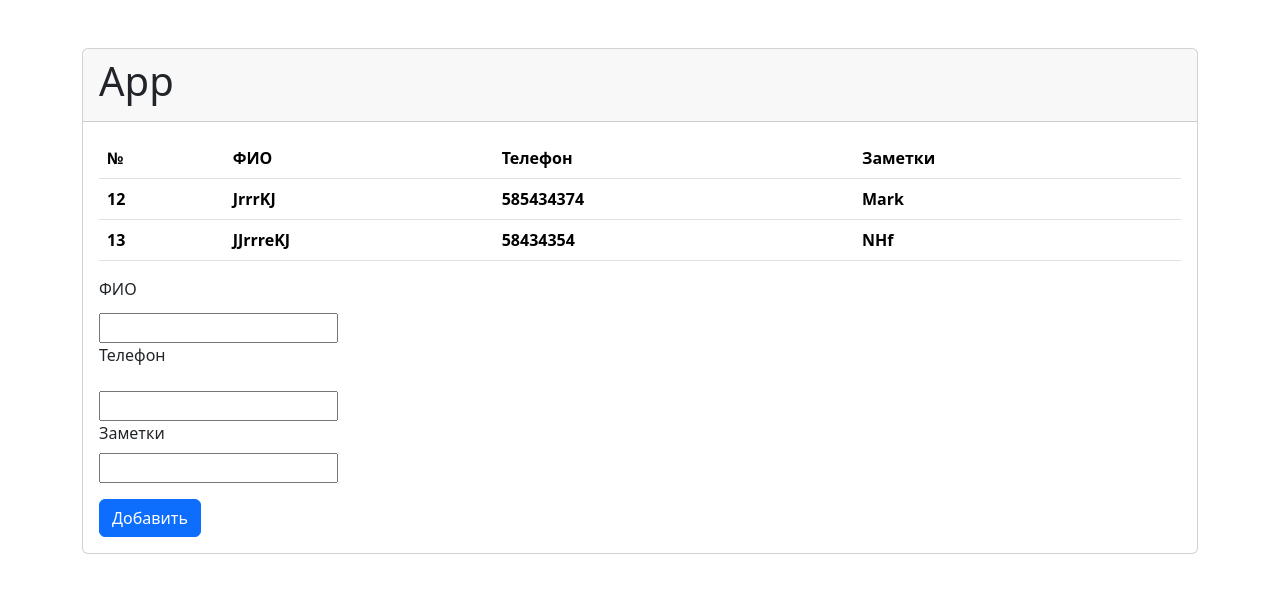
Repository: tatacheba/appstepikjavareact
Page: / (app in client/)
An editor plug-in stored every save of this project. The page is shown before and after the next save, followed by the edit.
The browser window is 1280 px wide. The pictures show the whole page.
The project was rebuilt for these pictures with package versions that can differ from the ones it lists, and the page was loaded fresh each time. Also part of the build but not shown: client/src/App.css.

Above is the page before, as saved 2024-11-27 14:38:43.

### client/public/index.html
<!DOCTYPE html>
<html lang="en">
    <head>
        <meta charset="utf-8" />
        <link rel="icon" href="%PUBLIC_URL%/favicon.ico" />
        <meta name="viewport" content="width=device-width, initial-scale=1" />
        <meta name="theme-color" content="#000000" />
        <meta
            name="description"
            content="Web site created using create-react-app"
        />
        <link rel="apple-touch-icon" href="%PUBLIC_URL%/logo192.png" />
        <link
            href="https://cdn.jsdelivr.net/npm/bootstrap@5.3.3/dist/css/bootstrap.min.css"
            rel="stylesheet"
            integrity="sha384-QWTKZyjpPEjISv5WaRU9OFeRpok6YctnYmDr5pNlyT2bRjXh0JMhjY6hW+ALEwIH"
            crossorigin="anonymous"
        />
        <!--
      manifest.json provides metadata used when your web app is installed on a
      user's mobile device or desktop. See https://developers.google.com/web/fundamentals/web-app-manifest/
    -->
        <link rel="manifest" href="%PUBLIC_URL%/manifest.json" />

        <title>App of Stepik</title>
    </head>
    <body>
        <div id="root"></div>
        <script
            src="https://cdn.jsdelivr.net/npm/bootstrap@5.3.3/dist/js/bootstrap.bundle.min.js"
            integrity="sha384-YvpcrYf0tY3lHB60NNkmXc5s9fDVZLESaAA55NDzOxhy9GkcIdslK1eN7N6jIeHz"
            crossorigin="anonymous"
        ></script>
    </body>
</html>

### client/src/index.js
import React from "react";
import ReactDOM from "react-dom/client";
import "./index.css";
import App from "./App";
import "bootstrap/dist/css/bootstrap.min.css";
import "bootstrap/dist/js/bootstrap.bundle.min.js";

const root = ReactDOM.createRoot(document.getElementById("root"));
root.render(
    <React.StrictMode>
        <App />
    </React.StrictMode>
);

### client/src/App.js
import "./App.css";
import TablewView from "./layouts/tableView/TablewView";
import { useState } from "react";
import FormNewItem from "./layouts/formNewItem/FormNewItem";

function App() {
    const [items, setItem] = useState([
        { id: 12, fullName: "JrrrKJ", phone: 585434374, notes: "Mark" },
        { id: 13, fullName: "JJrrreKJ", phone: 58434354, notes: "NHf" },
    ]);

    function appendContact() {
        const contact = {
            id: 15,
            fullName: "ннннн",
            phone: 585444,
            notes: "FFFF",
        };
        items[0].fullName = "Bpvtyt";
        setItem([...items, contact]);
        console.log(items);
    }

    return (
        <div className="container mt-5">
            <div className=" card">
                <div className="card-header">
                    <h1>App</h1>
                </div>
                <div className="card-body">
                    <TablewView data={items} />
                    <div>
                        <FormNewItem appendContact={appendContact} />
                    </div>
                </div>
            </div>
        </div>
    );
}

export default App;

### client/src/layouts/tableView/TablewView.js
import React from "react";
import TableRowItem from "./components/TableRowItem";

const TablewView = (props) => {
    return (
        <table className="table table-hover">
            <thead>
                <tr>
                    <th scope="col">№</th>
                    <th scope="col">ФИО</th>
                    <th scope="col">Телефон</th>
                    <th scope="col">Заметки</th>
                </tr>
            </thead>
            <tbody>
                {props.data.map((item) => (
                    <TableRowItem contact={item} />
                ))}
            </tbody>
        </table>
    );
};
export default TablewView;

### client/src/layouts/formNewItem/FormNewItem.js
import React from "react";

function FormNewItem(props) {
    return (
        <form action="">
            <label className="form-label">ФИО</label>
            <div className="mt-1">
                <input type="text" />
            </div>
            <label className="form-label">Телефон</label>
            <div className="mt-3">
                <input type="textarea" />
            </div>
            <label className="form-label">Заметки</label>
            <div className="mb-3">
                <input type="text" />
            </div>
            <button
                className="btn btn-primary"
                onClick={props.appendContact}
                type="button"
            >
                Добавить
            </button>
        </form>
    );
}

export default FormNewItem;

### client/src/layouts/tableView/components/TableRowItem.js
import React from "react";

const TableRowItem = (props) => {
    return (
        <tr>
            <th scope="row">{props.contact.id}</th>
            <th>{props.contact.fullName}</th>
            <th>{props.contact.phone}</th>
            <th>{props.contact.notes}</th>
        </tr>
    );
};

export default TableRowItem;

Loaded but not shown: client/src/index.css (common file)

After the next save:
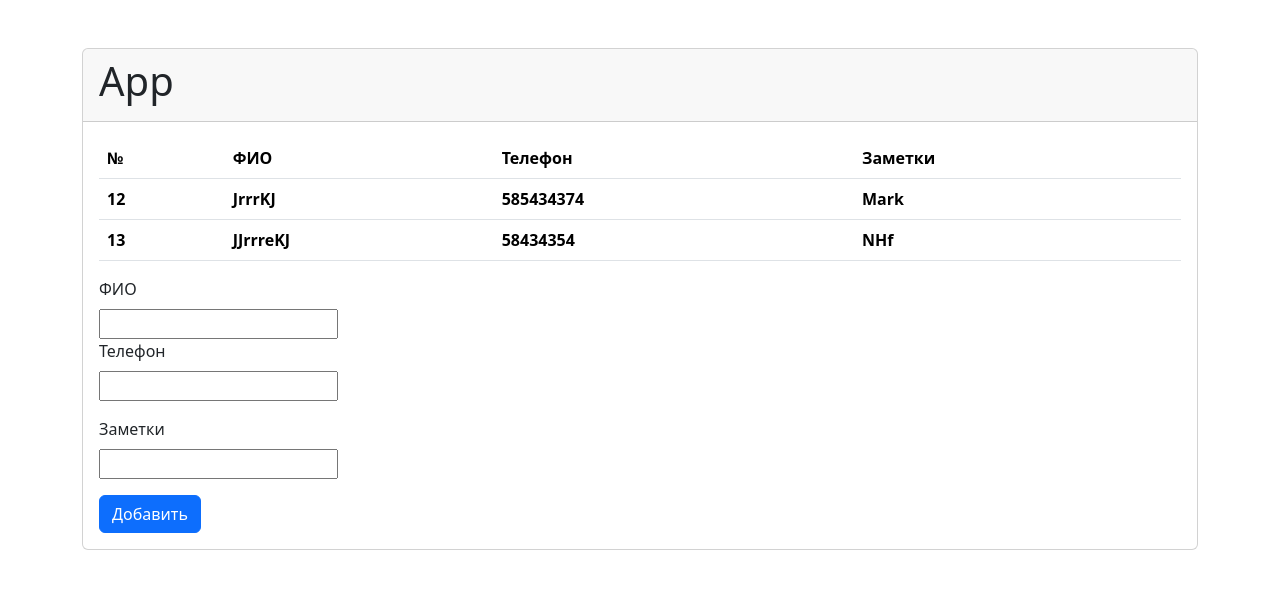
Saved 10 s later.
--- a/client/src/layouts/formNewItem/FormNewItem.js
+++ b/client/src/layouts/formNewItem/FormNewItem.js
@@ -4,11 +4,11 @@ function FormNewItem(props) {
     return (
         <form action="">
             <label className="form-label">ФИО</label>
-            <div className="mt-1">
+            <div className="mb-12">
                 <input type="text" />
             </div>
             <label className="form-label">Телефон</label>
-            <div className="mt-3">
+            <div className="mb-3">
                 <input type="textarea" />
             </div>
             <label className="form-label">Заметки</label>
